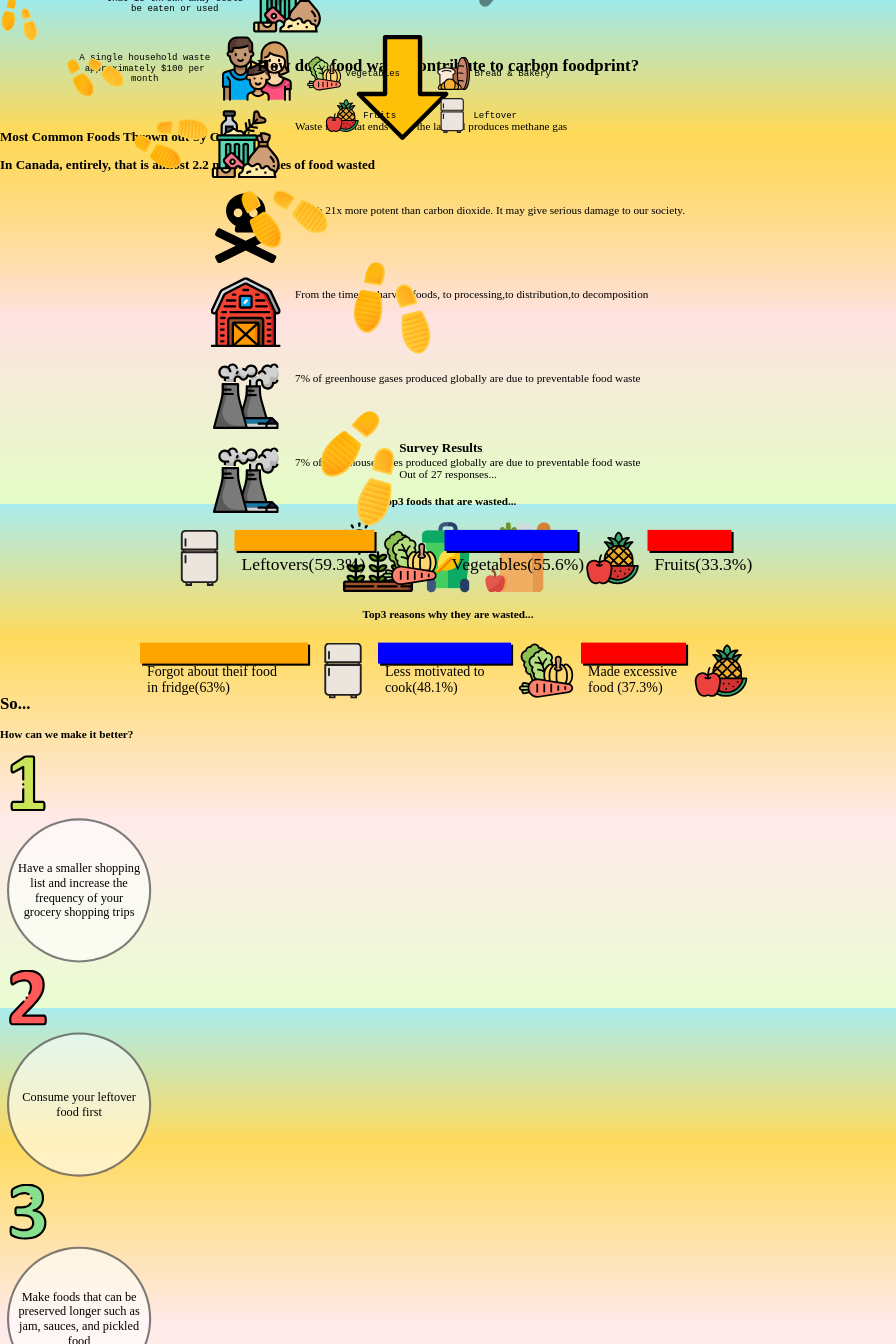
Repository: iorid3/Midterm
Page: index.html
The author's editor kept a copy of each file at every save. The page is drawn from the files as they stood at one save, then again after the next save.
The browser window is 1280 px wide. The pictures show the part of the page from y = 0 to 1920 px (the page is 2758 px tall), at 70% of full size.

Above is the page before, as saved 2021-03-09 11:54:37.

After the next save:
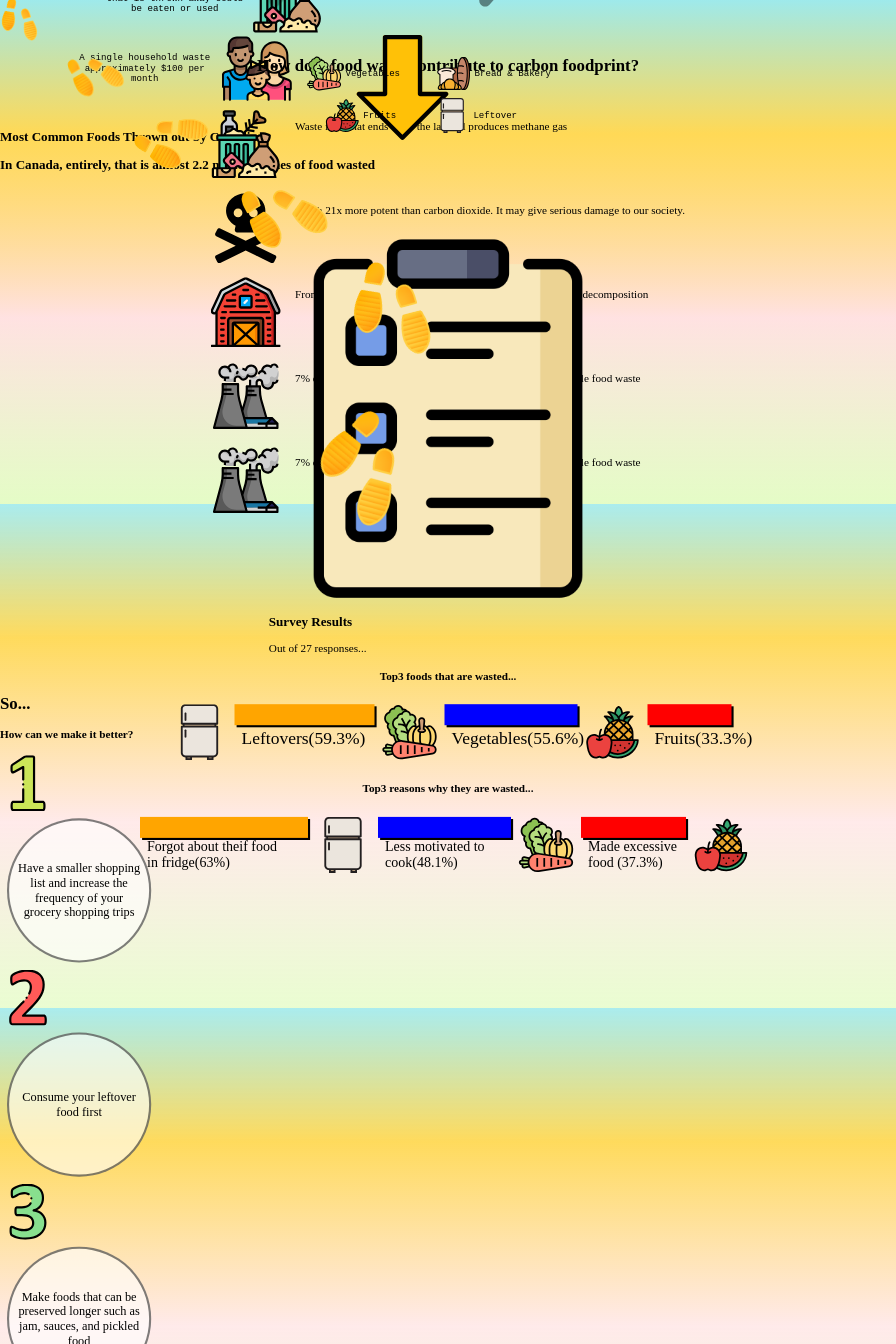
Saved 95 s later.
--- a/index.html
+++ b/index.html
@@ -59,7 +59,7 @@
 
         <div class = "section4">
             <div class = "container3">
-               <div><img src = ""></div>
+               <div><img src = "./Images/clipboard.png"></div>
                <div><h3>Survey Results</h3></div>
                <div>Out of 27 responses...</div>
             </div>

After the save that followed:
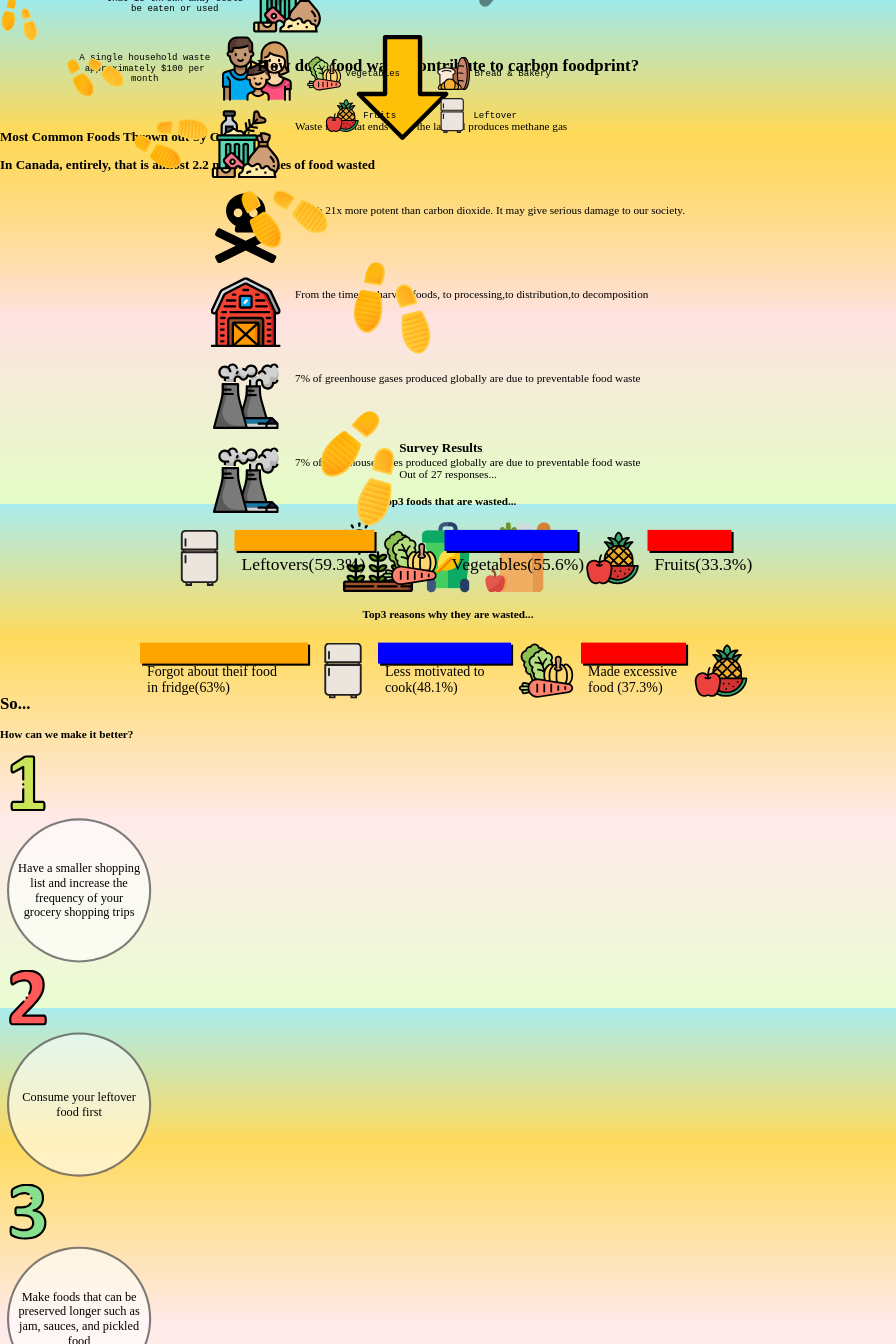
Saved 35 s later.
--- a/index.html
+++ b/index.html
@@ -59,7 +59,7 @@
 
         <div class = "section4">
             <div class = "container3">
-               <div><img src = "./Images/clipboard.png"></div>
+               <div><img src = ""></div>
                <div><h3>Survey Results</h3></div>
                <div>Out of 27 responses...</div>
             </div>
